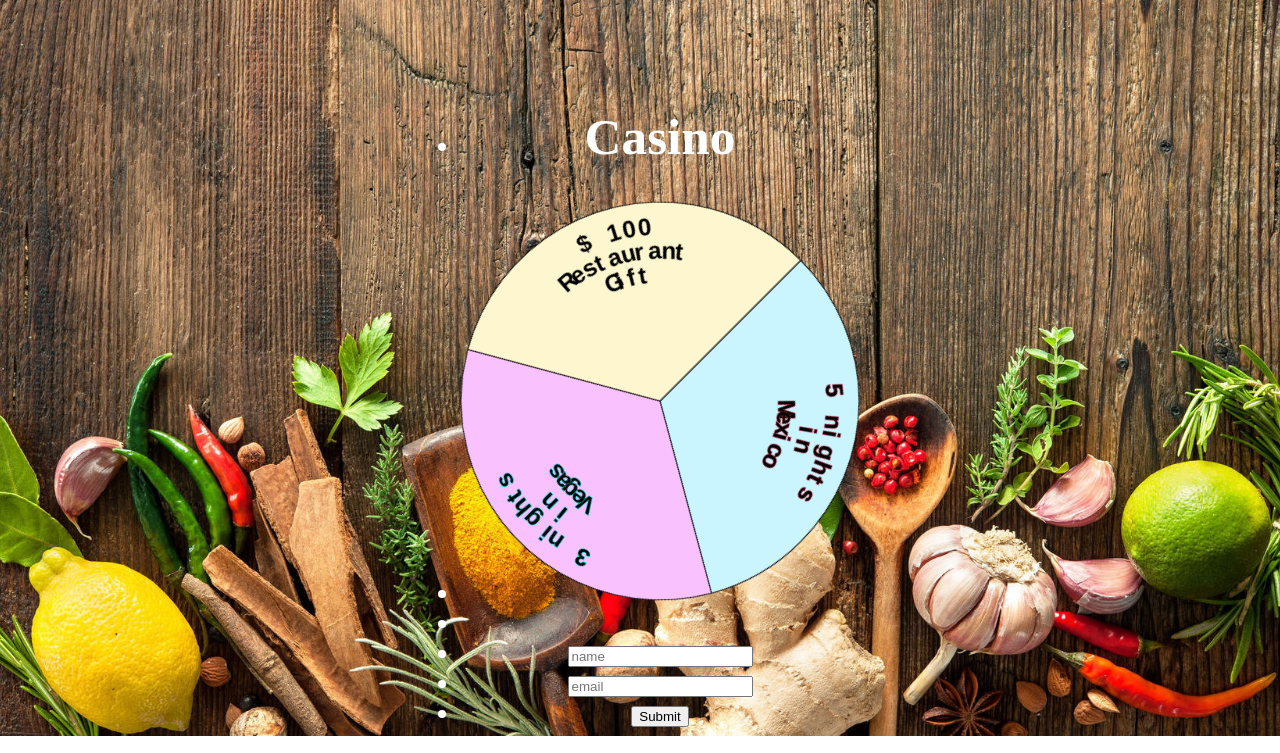
Repository: 43320888/upwork
Page: index.html
These files come from the project's save history. The page is drawn as it stood at one moment and after the next save; the edit follows.
The browser window is 1280 px wide. The pictures show the whole page.

Above is the page before, as saved 2019-01-16 21:44:28.

### index.html
<!DOCTYPE html>
<html lang="en">
<head>
	<meta charset="UTF-8">
	<meta name="viewport" content="width=device-width, initial-scale=1.0">
	<meta http-equiv="X-UA-Compatible" content="ie=edge">
	<link rel="stylesheet" href="style.css">
	<script src="Winwheel.min.js"></script>
	<title>Spin wheel</title>
</head>
<body class="spin-table">
	<div><ul>
	<li><h1>Casino</h1></li>
	<li><canvas id="canvas3" width="400" height="400"></canvas></li>
	<li><script src="script.js"></script></li>
	<li><input type="text" placeholder="name"></li>
	<li><input type="text" placeholder="email"></li>
	<li><input type="submit" placeholder="submit"></li>
	</ul></div>
</body>
</html>

### style.css
.spin-table {
	background-image: url(images/Covers.jpg);
	background-position: center center;
	background-repeat: no-repeat;
	background-size: cover;
	color: white;
	font-size: 1.6em
}
.spin-table > div {
	margin-left: 50%;
	transform: translateX(-50%);
	text-align: center;
	display: inline-block;
}
.spin-table > li {
	list-style-type: none;
	text-decoration: none
}

.spin-table canvas {
	-webkit-animation-name: spin;
	-webkit-animation-duration: 40000ms;
	-webkit-animation-iteration-count: infinite;
	-webkit-animation-timing-function: linear;
	-moz-animation-name: spin;
	-moz-animation-duration: 40000ms;
	-moz-animation-iteration-count: infinite;
	-moz-animation-timing-function: linear;
	-ms-animation-name: spin;
	-ms-animation-duration: 40000ms;
	-ms-animation-iteration-count: infinite;
	-ms-animation-timing-function: linear;
	-o-transition: rotate(3600deg);
}
@-moz-keyframes spin {
	from { -moz-transform: rotate(0deg); }
	to { -moz-transform: rotate(360deg); }
    }
    @-webkit-keyframes spin {
	from { -webkit-transform: rotate(0deg); }
	to { -webkit-transform: rotate(360deg); }
    }
    @keyframes spin {
	from {transform:rotate(0deg);}
	to {transform:rotate(360deg);}
    }

### script.js
/* eslint-disable quote-props */
// eslint-disable-next-line no-unused-vars, no-undef
const theWheel3 = new Winwheel({
	'canvasId': 'canvas3',
	'numSegments': 3,
	'textAlignment': 'outer',
	'textFontWeight': 'bold',
	'textFontSize': '24',
	'textOrientation': 'curved',
	'segments': [
		{ 'textStrokeStyle': 'rgb(200, 50, 75)', 'fillStyle': '#caf5ff', 'text': '5 nights\n in \nMexico' },
		{ 'textStrokeStyle' : 'aqua', 'fillStyle': '#f9c2fe', 'text': '3 nights\nin\nVegas' },
		{ 'fillStyle': '#fdf6cf', 'text': '$ 100\nRestaurant\nGift' },
	],
});

function alignContent() {
	document.getElementsByClassName('spin-table')[0].style.height = `${document.documentElement.clientHeight}px`;
	document.getElementsByClassName('spin-table')[0].firstElementChild.style.marginTop = `${document.getElementsByClassName('spin-table')[0].clientHeight / 2 - document.getElementsByClassName('spin-table')[0].firstElementChild.clientHeight / 2}px`;
}
alignContent();
window.onresize = alignContent;

Loaded but not shown: Winwheel.min.js (library)

After the next save:
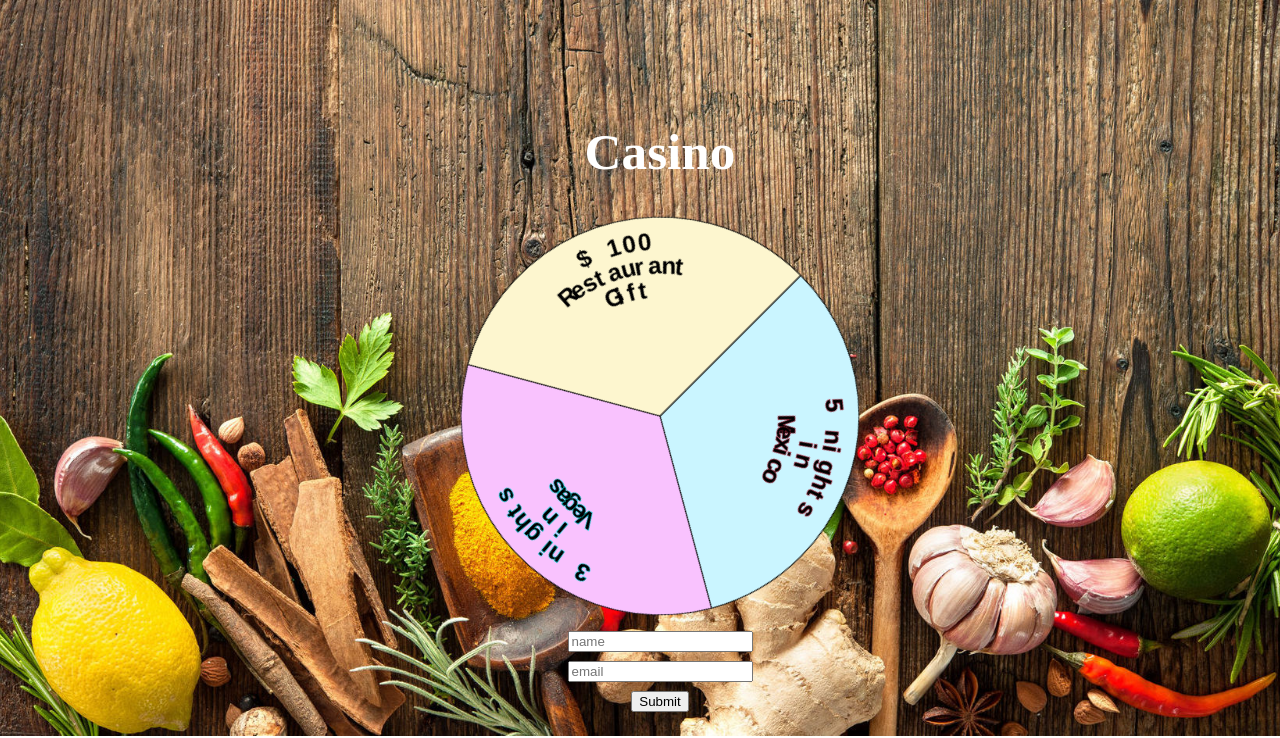
Saved 6 s later.
--- a/style.css
+++ b/style.css
@@ -12,7 +12,7 @@
 	text-align: center;
 	display: inline-block;
 }
-.spin-table > li {
+.spin-table li {
 	list-style-type: none;
 	text-decoration: none
 }
